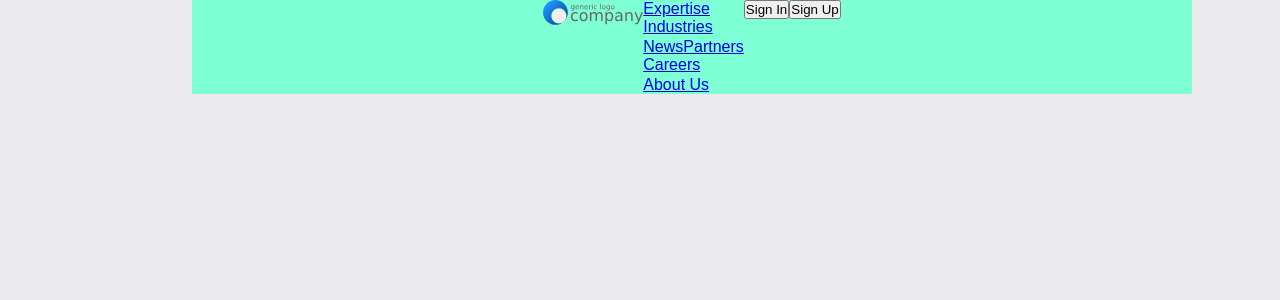
Repository: Andriy-Ma/widgetTask
Page: /
These files come from the project's save history. The page is drawn as it stood at one moment and after the next save; the edit follows.
The browser window is 1280 px wide. The pictures show the whole page.
The project was rebuilt for these pictures with package versions that can differ from the ones it lists, and the page was loaded fresh each time.

Above is the page before, as saved 2022-08-29 16:35:00.

### src/index.css
* {
  box-sizing: border-box;
  margin: 0;
  padding: 0;
}
body {
  font-family: 'Poppins', sans-serif;
  background-color: #ebebed;
  -webkit-font-smoothing: antialiased;
  -moz-osx-font-smoothing: grayscale;
}

### src/App.js
import React from 'react';
import styles from './App.module.css';
import Header from './components/Header/header';

function App() {
  return (
    <div className={styles.container}>
      <Header/>
    </div>
  );
}

export default App;

### src/App.module.css
.container {
    display: block;
    align-items: center;
    justify-content: center;
    padding-left: 15%;
    padding-right: 15%;
}

### src/components/Header/header.jsx
import React from 'react';
import Icon from './logo-generic';
import styles from './header.module.css';

function Header() {
  return (
    <div className={styles.nameOfMenu} id="myTopnav">
        <div className={styles.logo}>
          <a href="#home">
            <Icon/>
          </a>
        </div>
        <div>
          <a href="#news">Expertise</a>
          <a href="#contact" className={styles.logo}>Industries</a>
          <a href="#about">News</a>
          <a href="#news">Partners</a>
          <a href="#contact" className={styles.logo}>Careers</a>
          <a href="#about">About Us</a>
        </div>
        <div>
          <button>Sign In</button>
          <button>Sign Up</button>
        </div>
    </div>
  )
}

export default Header;

### src/components/Header/logo-generic.jsx
import React from "react";

function Icon() {
  return (
    <svg
      xmlns="http://www.w3.org/2000/svg"
      version="1.1"
      viewBox="0 0 1425.8 353.74"
    >
      <defs>
        <linearGradient
          id="linearGradient5311"
          x1="-467.57"
          x2="-469.87"
          y1="-68.973"
          y2="488.43"
          gradientUnits="userSpaceOnUse"
        >
          <stop offset="0" stopColor="#2294fe"></stop>
          <stop offset="1" stopColor="#014f96"></stop>
        </linearGradient>
      </defs>
      <g transform="translate(364.43 8.482)">
        <g>
          <g fill="#666" transform="translate(-14.426 -21.336)">
            <path d="M145.49 192.37v19.095c-5.773-3.182-11.583-5.55-17.43-7.105a64.331 64.331 0 00-17.541-2.443c-13.248 0-23.536 4.22-30.863 12.657-7.327 8.363-10.991 20.13-10.991 35.304 0 15.172 3.663 26.977 10.991 35.415 7.327 8.363 17.615 12.545 30.863 12.545 5.92 0 11.768-.778 17.541-2.332 5.847-1.628 11.657-4.033 17.43-7.216v18.873a83.693 83.693 0 01-17.763 5.995c-6.07 1.332-12.545 1.998-19.428 1.998-18.725 0-33.601-5.884-44.629-17.652s-16.542-27.643-16.542-47.627c0-20.279 5.55-36.229 16.653-47.849 11.176-11.62 26.459-17.43 45.85-17.43 6.29 0 12.434.666 18.429 1.999a81.647 81.647 0 0117.43 5.772"></path>
            <path d="M228.98 201.92c-10.954 0-19.613 4.293-25.978 12.878-6.365 8.511-9.548 20.205-9.548 35.082 0 14.876 3.146 26.607 9.437 35.193 6.365 8.511 15.061 12.767 26.089 12.767 10.88 0 19.502-4.293 25.867-12.878 6.365-8.585 9.547-20.279 9.547-35.082 0-14.728-3.182-26.385-9.547-34.971-6.365-8.66-14.987-12.989-25.867-12.989m0-17.319c17.763 0 31.714 5.773 41.854 17.319s15.209 27.532 15.209 47.96c0 20.353-5.07 36.34-15.209 47.96-10.14 11.546-24.091 17.319-41.854 17.319-17.837 0-31.825-5.773-41.965-17.319-10.066-11.62-15.098-27.606-15.098-47.96 0-20.427 5.033-36.414 15.098-47.96 10.14-11.546 24.128-17.319 41.965-17.319"></path>
            <path d="M416.6 211.46c5.107-9.177 11.213-15.949 18.318-20.316 7.105-4.367 15.468-6.55 25.09-6.55 12.952 0 22.943 4.552 29.975 13.655 7.03 9.03 10.546 21.908 10.547 38.634v75.048h-20.538v-74.382c0-11.916-2.11-20.76-6.328-26.533-4.219-5.773-10.658-8.66-19.317-8.66-10.584 0-18.947 3.516-25.09 10.548-6.143 7.03-9.215 16.616-9.214 28.754v70.274h-20.538V237.55c0-11.99-2.11-20.834-6.328-26.533-4.22-5.773-10.732-8.66-19.54-8.66-10.435 0-18.724 3.553-24.867 10.658-6.143 7.031-9.215 16.58-9.215 28.643v70.274h-20.538v-124.34h20.538v19.317c4.663-7.623 10.251-13.248 16.764-16.875 6.513-3.626 14.247-5.44 23.203-5.44 9.03 0 16.69 2.295 22.981 6.883 6.365 4.59 11.065 11.25 14.099 19.983"></path>
            <path d="M560.7 293.28v65.945h-20.538v-171.63H560.7v18.873c4.293-7.401 9.695-12.878 16.209-16.431 6.587-3.627 14.432-5.44 23.536-5.44 15.098 0 27.347 5.995 36.747 17.985 9.473 11.99 14.21 27.755 14.21 47.294 0 19.54-4.737 35.304-14.21 47.294-9.4 11.99-21.649 17.985-36.747 17.985-9.104 0-16.949-1.776-23.536-5.329-6.513-3.626-11.916-9.14-16.209-16.542m69.497-43.408c0-15.024-3.109-26.792-9.326-35.304-6.143-8.585-14.617-12.878-25.423-12.878-10.806 0-19.317 4.293-25.534 12.878-6.143 8.512-9.214 20.28-9.214 35.304 0 15.024 3.071 26.83 9.214 35.415 6.217 8.512 14.728 12.767 25.534 12.767s19.28-4.255 25.423-12.767c6.217-8.585 9.326-20.39 9.326-35.415"></path>
            <path d="M741.77 249.43c-16.505 0-27.94 1.887-34.304 5.662-6.365 3.775-9.548 10.214-9.547 19.317 0 7.253 2.368 13.026 7.105 17.319 4.81 4.219 11.324 6.328 19.539 6.328 11.324 0 20.39-3.997 27.199-11.99 6.883-8.067 10.325-18.762 10.325-32.084v-4.552H741.77m40.744-8.437v70.94h-20.427V293.06c-4.663 7.549-10.473 13.137-17.43 16.764-6.958 3.552-15.47 5.329-25.534 5.329-12.73 0-22.87-3.553-30.42-10.658-7.475-7.18-11.212-16.764-11.212-28.754 0-13.988 4.662-24.535 13.988-31.64 9.4-7.106 23.388-10.658 41.965-10.658h28.643v-1.999c0-9.4-3.109-16.653-9.326-21.759-6.143-5.18-14.802-7.77-25.978-7.77-7.105 0-14.025.85-20.76 2.552-6.735 1.703-13.21 4.256-19.428 7.66v-18.872c7.475-2.887 14.728-5.033 21.76-6.44 7.03-1.48 13.876-2.22 20.537-2.22 17.985 0 31.418 4.663 40.3 13.988 8.88 9.326 13.321 23.462 13.321 42.41"></path>
            <path d="M928.5 236.89v75.048h-20.427v-74.382c0-11.768-2.295-20.575-6.883-26.422-4.589-5.847-11.472-8.77-20.65-8.77-11.027 0-19.723 3.515-26.088 10.547-6.365 7.03-9.548 16.616-9.548 28.754v70.274h-20.538v-124.34h20.538v19.317c4.885-7.476 10.621-13.063 17.208-16.764 6.661-3.7 14.321-5.551 22.981-5.551 14.284 0 25.09 4.44 32.417 13.322 7.327 8.807 10.991 21.797 10.991 38.967"></path>
            <path d="M1021.2 323.48c-5.773 14.802-11.398 24.461-16.875 28.976-5.477 4.515-12.804 6.772-21.981 6.772h-16.32v-17.097h11.99c5.625 0 9.992-1.332 13.1-3.996s6.55-8.956 10.325-18.873l3.664-9.326-50.291-122.34h21.648l38.856 97.252 38.856-97.252h21.648l-54.621 135.89"></path>
          </g>
          <g fill="#666" transform="translate(-416.34 -21.336)">
            <path d="M489.95 115.06c0-6.675-1.385-11.848-4.155-15.519-2.737-3.671-6.592-5.507-11.564-5.507-4.94 0-8.794 1.836-11.564 5.507-2.737 3.671-4.105 8.844-4.105 15.519 0 6.642 1.368 11.798 4.105 15.469 2.77 3.671 6.625 5.507 11.564 5.507 4.973 0 8.827-1.836 11.564-5.507 2.77-3.671 4.155-8.828 4.155-15.469m9.211 21.727c0 9.545-2.119 16.637-6.357 21.276-4.24 4.672-10.73 7.009-19.474 7.009-3.238 0-6.292-.25-9.162-.751a44.69 44.69 0 01-8.36-2.203v-8.961c2.703 1.468 5.373 2.553 8.01 3.254 2.636.7 5.323 1.051 8.06 1.051 6.04 0 10.563-1.585 13.567-4.756 3.004-3.137 4.505-7.893 4.505-14.268v-4.555c-1.902 3.304-4.338 5.774-7.309 7.409-2.97 1.635-6.524 2.453-10.663 2.453-6.875 0-12.415-2.62-16.62-7.86-4.206-5.24-6.308-12.182-6.308-20.826 0-8.677 2.102-15.636 6.307-20.876 4.206-5.24 9.746-7.86 16.621-7.86 4.139 0 7.693.818 10.663 2.454 2.97 1.635 5.407 4.105 7.31 7.409v-8.51h9.21v49.11"></path>
            <path d="M566.09 113.41v4.506h-42.352c.4 6.34 2.303 11.18 5.707 14.518 3.438 3.304 8.21 4.956 14.318 4.956 3.538 0 6.959-.434 10.263-1.302 3.337-.868 6.642-2.17 9.912-3.905v8.711a55.24 55.24 0 01-10.163 3.204 50.9 50.9 0 01-10.563 1.102c-8.944 0-16.037-2.604-21.276-7.81-5.206-5.207-7.81-12.248-7.81-21.126 0-9.178 2.47-16.454 7.41-21.827 4.973-5.407 11.664-8.11 20.075-8.11 7.542 0 13.5 2.436 17.872 7.309 4.405 4.84 6.608 11.43 6.608 19.774m-9.211-2.703c-.067-5.04-1.486-9.062-4.256-12.065-2.736-3.004-6.374-4.506-10.914-4.506-5.14 0-9.261 1.452-12.365 4.355-3.07 2.904-4.839 6.992-5.306 12.265l32.84-.05"></path>
            <path d="M627.62 109.9v33.842h-9.211v-33.541c0-5.306-1.035-9.278-3.104-11.915-2.07-2.636-5.173-3.955-9.312-3.955-4.973 0-8.894 1.585-11.765 4.756-2.87 3.17-4.305 7.493-4.305 12.966v31.689h-9.261V87.673h9.261v8.71c2.203-3.37 4.79-5.89 7.76-7.558 3.003-1.67 6.458-2.503 10.363-2.504 6.44 0 11.314 2.003 14.618 6.008 3.304 3.971 4.956 9.829 4.956 17.572"></path>
            <path d="M694.05 113.41v4.506h-42.352c.4 6.34 2.303 11.18 5.707 14.518 3.438 3.304 8.21 4.956 14.318 4.956 3.538 0 6.959-.434 10.263-1.302 3.337-.868 6.642-2.17 9.912-3.905v8.711a55.24 55.24 0 01-10.163 3.204 50.9 50.9 0 01-10.563 1.102c-8.944 0-16.037-2.604-21.276-7.81-5.206-5.207-7.81-12.248-7.81-21.126 0-9.178 2.47-16.454 7.41-21.827 4.973-5.407 11.664-8.11 20.075-8.11 7.543 0 13.5 2.436 17.872 7.309 4.405 4.84 6.608 11.43 6.608 19.774m-9.211-2.703c-.067-5.04-1.486-9.062-4.256-12.065-2.736-3.004-6.374-4.506-10.913-4.506-5.14 0-9.261 1.452-12.365 4.355-3.07 2.904-4.839 6.992-5.306 12.265l32.84-.05"></path>
            <path d="M741.46 96.286a11.624 11.624 0 00-3.404-1.302c-1.202-.3-2.537-.45-4.005-.45-5.207 0-9.212 1.702-12.015 5.106-2.77 3.371-4.155 8.227-4.155 14.568v29.537h-9.262V87.676h9.262v8.71c1.935-3.403 4.455-5.923 7.56-7.558 3.103-1.67 6.874-2.503 11.313-2.503.634 0 1.335.05 2.103.15.767.067 1.618.183 2.553.35l.05 9.462"></path>
            <path d="M751.22 87.676h9.211v56.069h-9.211V87.676m0-21.827h9.211v11.664h-9.211V65.849"></path>
            <path d="M820.01 89.828v8.61c-2.603-1.434-5.223-2.502-7.86-3.203a29.012 29.012 0 00-7.91-1.102c-5.974 0-10.613 1.903-13.917 5.707-3.304 3.772-4.956 9.078-4.956 15.92 0 6.842 1.652 12.165 4.957 15.97 3.304 3.772 7.943 5.657 13.917 5.657 2.67 0 5.306-.35 7.91-1.051 2.636-.734 5.256-1.819 7.859-3.254v8.51a37.736 37.736 0 01-8.01 2.704c-2.737.6-5.657.9-8.76.9-8.445 0-15.153-2.652-20.126-7.959-4.973-5.306-7.459-12.465-7.459-21.477 0-9.144 2.503-16.337 7.51-21.577 5.039-5.24 11.93-7.86 20.675-7.86 2.837 0 5.607.3 8.31.902a36.82 36.82 0 017.86 2.603"></path>
            <path d="M868.57 65.849h9.211v77.896h-9.211V65.849"></path>
            <path d="M918.73 94.134c-4.94 0-8.844 1.936-11.714 5.807-2.87 3.838-4.305 9.111-4.305 15.82s1.418 11.998 4.255 15.87c2.87 3.838 6.792 5.757 11.765 5.757 4.906 0 8.794-1.935 11.664-5.807 2.87-3.871 4.305-9.144 4.305-15.82 0-6.641-1.435-11.898-4.305-15.769-2.87-3.905-6.758-5.857-11.664-5.857m0-7.81c8.01 0 14.301 2.604 18.873 7.81 4.572 5.206 6.858 12.415 6.859 21.627 0 9.178-2.287 16.387-6.859 21.627-4.572 5.206-10.863 7.81-18.873 7.81-8.043 0-14.351-2.604-18.923-7.81-4.539-5.24-6.808-12.45-6.808-21.627 0-9.211 2.27-16.42 6.808-21.627 4.572-5.206 10.88-7.81 18.923-7.81"></path>
            <path d="M996.58 115.06c0-6.675-1.385-11.848-4.155-15.519-2.737-3.671-6.592-5.507-11.564-5.507-4.94 0-8.794 1.836-11.564 5.507-2.737 3.671-4.105 8.844-4.105 15.519 0 6.642 1.368 11.798 4.105 15.469 2.77 3.671 6.625 5.507 11.564 5.507 4.973 0 8.828-1.836 11.564-5.507 2.77-3.671 4.155-8.828 4.155-15.469m9.211 21.727c0 9.545-2.119 16.637-6.357 21.276-4.24 4.672-10.73 7.009-19.474 7.009-3.238 0-6.292-.25-9.162-.751a44.69 44.69 0 01-8.36-2.203v-8.961c2.703 1.468 5.373 2.553 8.01 3.254 2.636.7 5.323 1.051 8.06 1.051 6.04 0 10.563-1.585 13.567-4.756 3.003-3.137 4.505-7.893 4.505-14.268v-4.555c-1.902 3.304-4.338 5.774-7.309 7.409-2.97 1.635-6.524 2.453-10.663 2.453-6.875 0-12.415-2.62-16.62-7.86-4.206-5.24-6.308-12.182-6.308-20.826 0-8.677 2.102-15.636 6.307-20.876 4.206-5.24 9.746-7.86 16.621-7.86 4.139 0 7.693.818 10.663 2.454 2.97 1.635 5.407 4.105 7.31 7.409v-8.51h9.21v49.11"></path>
            <path d="M1046.5 94.134c-4.94 0-8.844 1.936-11.714 5.807-2.87 3.838-4.305 9.111-4.305 15.82s1.418 11.998 4.255 15.87c2.87 3.838 6.792 5.757 11.765 5.757 4.906 0 8.794-1.935 11.664-5.807 2.87-3.871 4.305-9.144 4.305-15.82 0-6.641-1.435-11.898-4.305-15.769-2.87-3.905-6.758-5.857-11.664-5.857m0-7.81c8.01 0 14.3 2.604 18.873 7.81 4.572 5.206 6.858 12.415 6.858 21.627 0 9.178-2.286 16.387-6.858 21.627-4.572 5.206-10.864 7.81-18.873 7.81-8.043 0-14.351-2.604-18.924-7.81-4.539-5.24-6.808-12.45-6.808-21.627 0-9.211 2.269-16.42 6.808-21.627 4.572-5.206 10.88-7.81 18.924-7.81"></path>
          </g>
          <g transform="rotate(-45 269.773 885.347) scale(.61927)">
            <path
              fill="url(#linearGradient5311)"
              d="M-184.26 202.82c0 157.74-127.87 285.61-285.61 285.61s-285.61-127.87-285.61-285.61S-627.61-82.79-469.87-82.79s285.61 127.87 285.61 285.61z"
              transform="translate(1202 -114.01)"
            ></path>
            <path
              fill="#eee"
              d="M-184.26 202.82c0 157.74-127.87 285.61-285.61 285.61s-285.61-127.87-285.61-285.61S-627.61-82.79-469.87-82.79s285.61 127.87 285.61 285.61z"
              transform="translate(1018.2 79.03) scale(.60887)"
            ></path>
          </g>
        </g>
      </g>
    </svg>
  );
}

export default Icon;

### src/components/Header/header.module.css
.logo {
    display: block;
    width: 100px;
    height: 20px;
}
.nameOfMenu {
    display: flex;
    justify-content: center;
    background-color: aquamarine;
    min-width: 1000px;
}

Loaded but not shown: public/index.html (common file); src/index.js (common file)

After the next save:
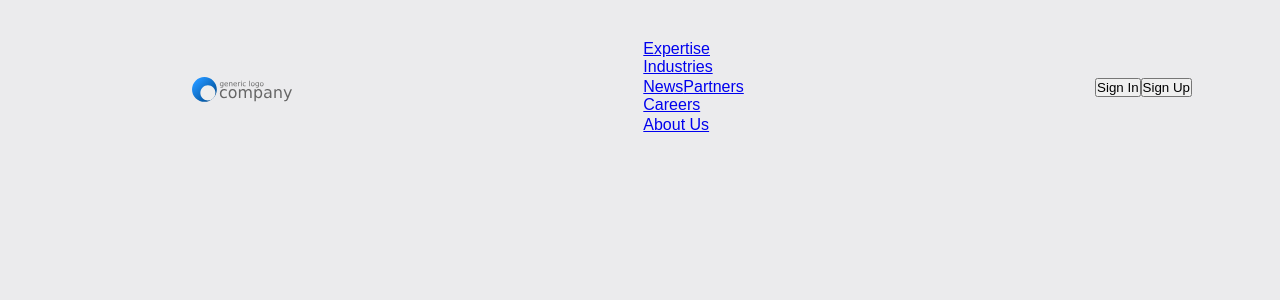
Saved 73 s later.
--- a/src/components/Header/header.module.css
+++ b/src/components/Header/header.module.css
@@ -5,7 +5,8 @@
 }
 .nameOfMenu {
     display: flex;
-    justify-content: center;
-    background-color: aquamarine;
+    justify-content: space-between;
+    align-items: center;
+    padding-top: 40px;
     min-width: 1000px;
 }
